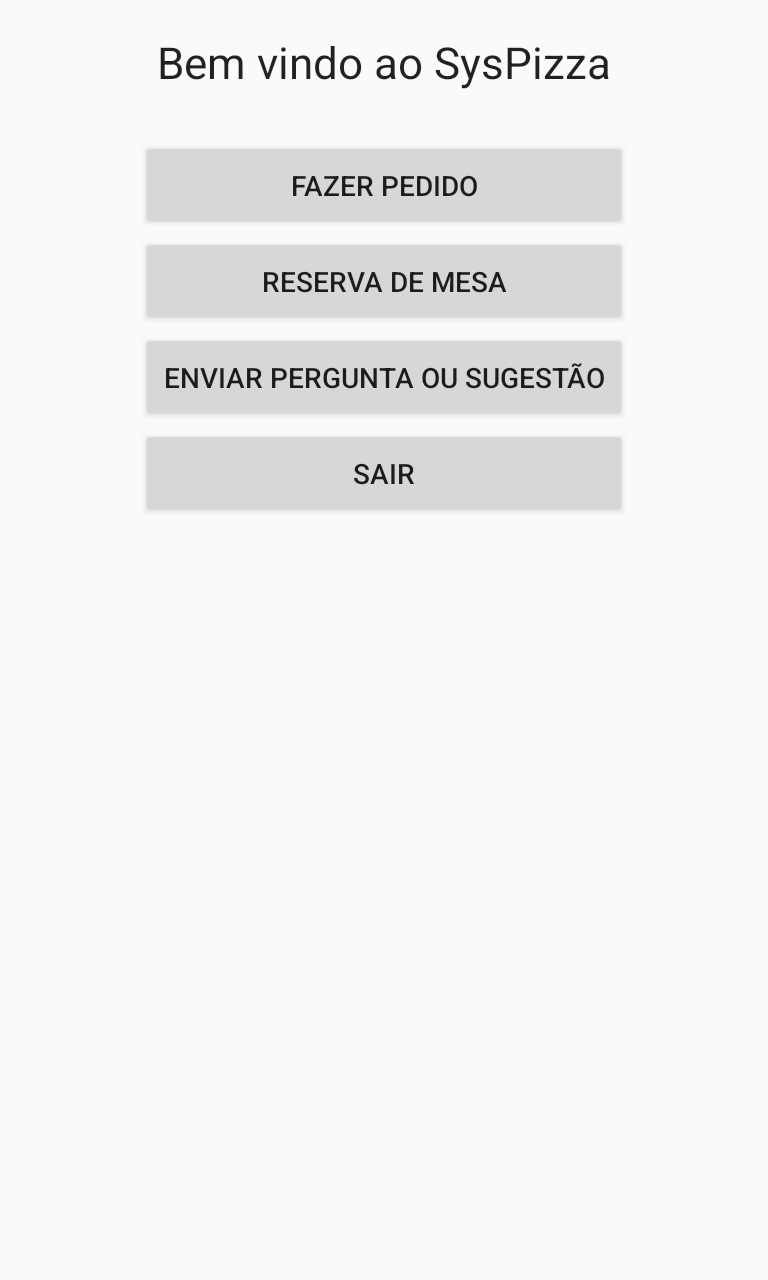
Repository: LucasSampaio/SysPizza-PSI
Layout: CodigoFonte/MOBILE/SysPizza/res/layout/activity_efetuar_pedido.xml
An editor plug-in stored every save of this project. The layout is shown before and after the next save, followed by the edit.
It is drawn on a 768 x 1280 px phone screen (xhdpi) without system bars, with theme AppTheme; the app's code is not run.

Above is the layout before, as saved 2014-09-20 01:08:26.

### CodigoFonte/MOBILE/SysPizza/res/layout/activity_efetuar_pedido.xml
<RelativeLayout xmlns:android="http://schemas.android.com/apk/res/android"
    xmlns:tools="http://schemas.android.com/tools"
    android:layout_width="match_parent"
    android:layout_height="match_parent"
    android:paddingBottom="@dimen/activity_vertical_margin"
    android:paddingLeft="@dimen/activity_horizontal_margin"
    android:paddingRight="@dimen/activity_horizontal_margin"
    android:paddingTop="@dimen/activity_vertical_margin"
    tools:context="br.com.syspizza.MenuPrincipalActivity" >

    <TextView
        android:id="@+id/textView1"
        android:layout_width="wrap_content"
        android:layout_height="wrap_content"
        android:layout_alignParentTop="true"
        android:layout_centerHorizontal="true"
        android:text="Bem vindo ao SysPizza"
        android:textAppearance="?android:attr/textAppearanceLarge" />

    <Button
        android:id="@+id/btEfetuarPedido"
        android:layout_width="wrap_content"
        android:layout_height="wrap_content"
        android:layout_alignLeft="@+id/btSolicitarReserva"
        android:layout_alignRight="@+id/btSolicitarReserva"
        android:layout_below="@+id/textView1"
        android:layout_marginTop="23dp"
        android:text="Fazer pedido" />

    <Button
        android:id="@+id/btSolicitarReserva"
        android:layout_width="wrap_content"
        android:layout_height="wrap_content"
        android:layout_alignLeft="@+id/btPerguntaESugestao"
        android:layout_alignRight="@+id/btPerguntaESugestao"
        android:layout_below="@+id/btEfetuarPedido"
        android:text="Reserva de mesa" />

    <Button
        android:id="@+id/btPerguntaESugestao"
        android:layout_width="wrap_content"
        android:layout_height="wrap_content"
        android:layout_below="@+id/btSolicitarReserva"
        android:layout_centerHorizontal="true"
        android:text="Enviar pergunta ou sugestão" />

    <Button
        android:id="@+id/btSair"
        android:layout_width="wrap_content"
        android:layout_height="wrap_content"
        android:layout_alignLeft="@+id/btPerguntaESugestao"
        android:layout_alignRight="@+id/btPerguntaESugestao"
        android:layout_below="@+id/btPerguntaESugestao"
        android:text="Sair" />

</RelativeLayout>

Loaded but not shown: CodigoFonte/MOBILE/SysPizza/res/values/styles.xml (common file); CodigoFonte/MOBILE/SysPizza/res/values-v11/styles.xml (common file); CodigoFonte/MOBILE/SysPizza/res/values-v14/styles.xml (common file); CodigoFonte/MOBILE/SysPizza/res/values/dimens.xml (common file); CodigoFonte/MOBILE/SysPizza/res/values-w820dp/dimens.xml (common file)

After the next save:
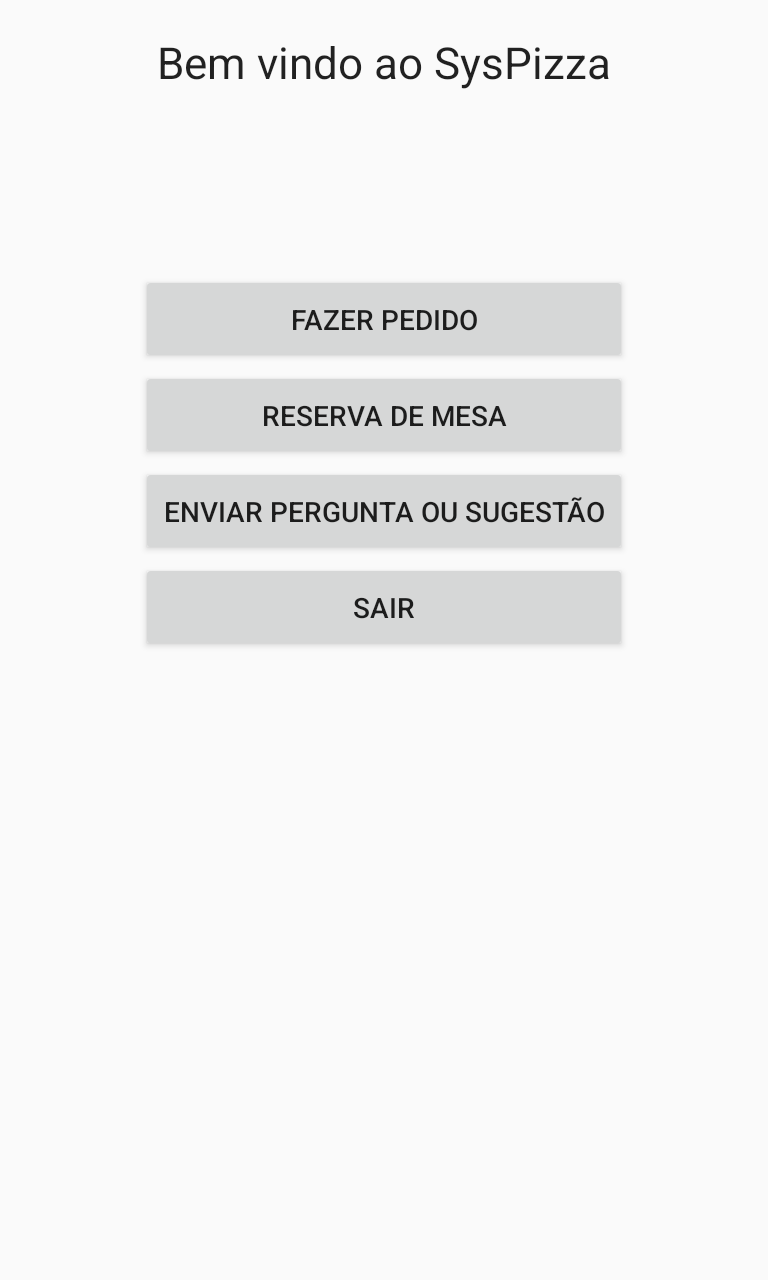
Saved 34 s later.
--- a/CodigoFonte/MOBILE/SysPizza/res/layout/activity_efetuar_pedido.xml
+++ b/CodigoFonte/MOBILE/SysPizza/res/layout/activity_efetuar_pedido.xml
@@ -22,9 +22,9 @@
         android:layout_width="wrap_content"
         android:layout_height="wrap_content"
         android:layout_alignLeft="@+id/btSolicitarReserva"
-        android:layout_alignRight="@+id/btSolicitarReserva"
+        android:layout_alignRight="@+id/btPerguntaESugestao"
         android:layout_below="@+id/textView1"
-        android:layout_marginTop="23dp"
+        android:layout_marginTop="90dp"
         android:text="Fazer pedido" />
 
     <Button
